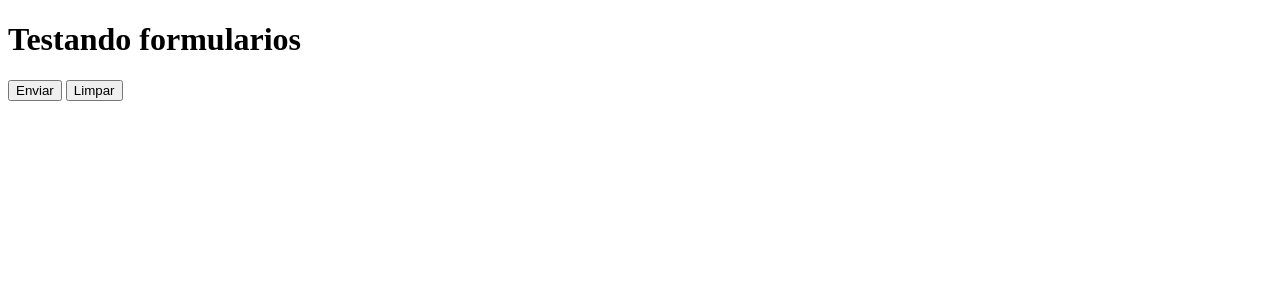
Repository: Lucianorodriguesdev/cursoHTML-CSS
Page: ex025/form008.html
These files come from the project's save history. The page is drawn as it stood at one moment and after the next save; the edit follows.
The browser window is 1280 px wide. The pictures show the whole page.

Above is the page before, as saved 2026-07-10 13:24:47.

After the next save:
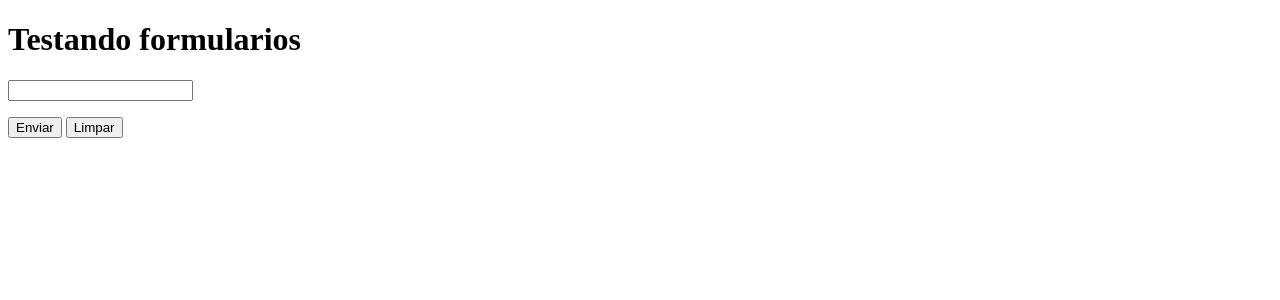
Saved 33 s later.
--- a/ex025/form008.html
+++ b/ex025/form008.html
@@ -9,7 +9,8 @@
     <h1>Testando formularios</h1>
     <form action="formulario.php" method="get" autocomplete="on">
         <p>
-            <label for="inumero"></label>
+            <label for="in1"></label>
+            <input type="number" name="in1" id="in1" min="">
         </p>
         <p>
             <input type="submit" value="Enviar">
